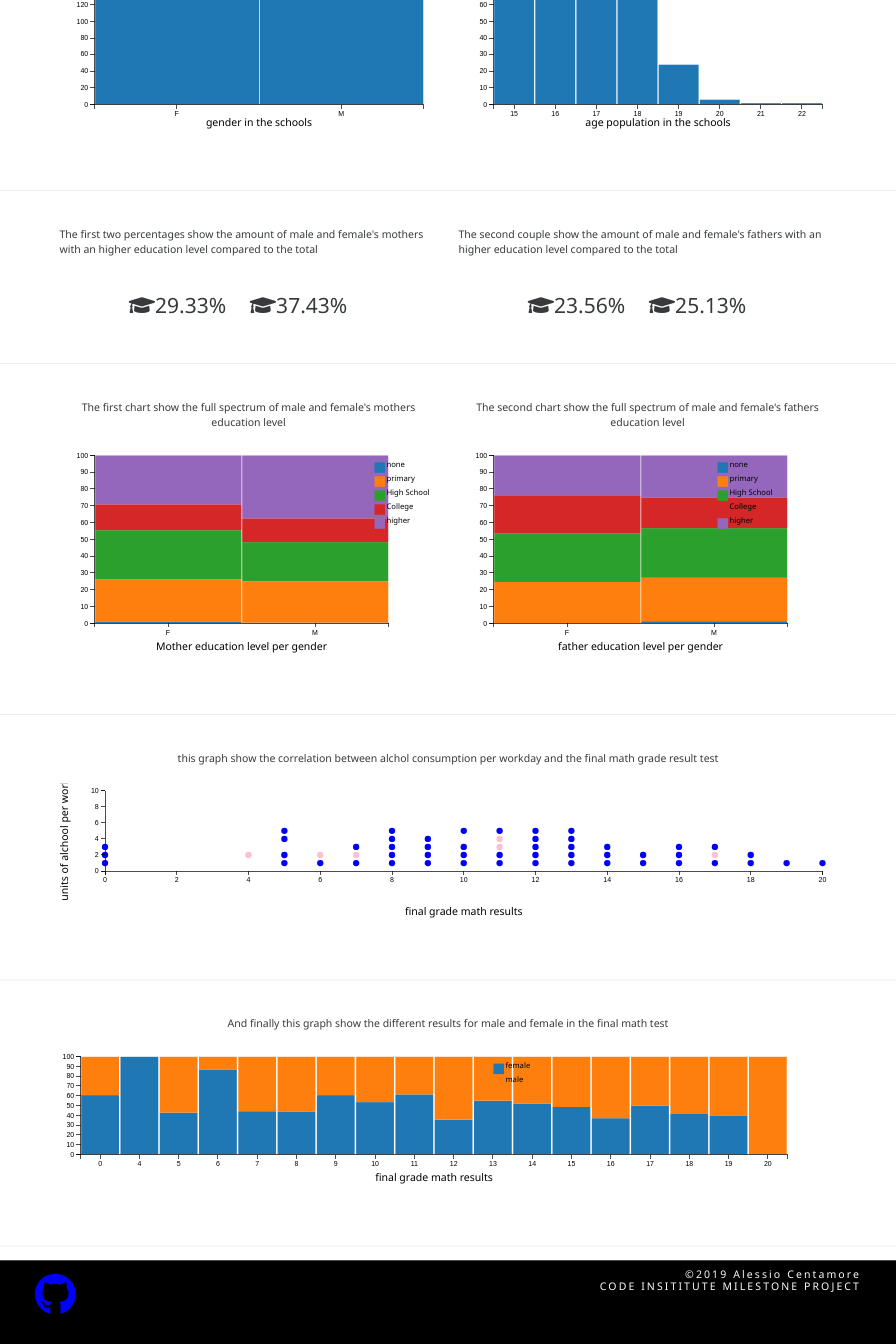
Repository: Baal89/second-milestone-project
Page: index.html
The author's editor kept a record of every edit. The page is drawn from the files as they stood at one moment, then again after the next edit.
The browser window is 1280 px wide. The pictures show the part of the page from y = 699 to 2619 px (the page is 2619 px tall), at 70% of full size.
Some web libraries are served in a nearby version.

Above is the page before.

### index.html
<!DOCTYPE html>
<html lang="en">

<head>
    <meta charset="UTF-8">
    <meta name="viewport" content="width=device-width, initial-scale=1.0">
    <meta http-equiv="X-UA-Compatible" content="ie=edge">
    <title>Student Performance</title>

    <link rel="stylesheet" href="static/css/bootstrap.min.css" type="text/css" />
    <link rel="stylesheet" href="static/css/dc.min.css" type="text/css" />
    <link rel="stylesheet" type="text/css" href="https://cdnjs.cloudflare.com/ajax/libs/font-awesome/5.10.2/css/all.css">
    <link rel="stylesheet" href="static/css/style.css" type="text/css" />

    <script type="text/javascript" src="static/js/d3.min.js"></script>
    <script type="text/javascript" src="static/js/crossfilter.min.js"></script>
    <script type="text/javascript" src="static/js/dc.min.js"></script>
    <script type="text/javascript" src="static/js/queue.min.js"></script>
    <script type="text/javascript" src="static/js/graph.js"></script>

</head>

<body>

    <nav class="navbar navbar-expand-lg navbar-dark bg-dark">
        <a class="navbar-brand" href="#">Student performance</a>
    </nav>

    <main>
        <article class="container">
            <header>
                <h1>How alcohol consumption and parental education level affect student performance</h1>
                <p>This is a report from the Ministry of the Education with the purpose to help school administrators to focus on how the social enviroment of the children can affect their academic performance.</p>
            </header>
            <p>the report is focused on the parental education level of the children and on their alcohol consumption per workday, ponting out that children with poor parental level of education usualy achieve a lower score and the alchol consumption per
                workday is generally high specially in the male component of the schools.<br> With this report the Ministry want to create, with the support of the school administrators, a scheme focused on these critical issues to provide support to
                those children who might need it, helping them to achieve the best possible result in the most safe enviroment.
            </p>
        </article>

        <section class="section">
            <div class="container">

                <div class="row">
                    <div class="col-12 col-md-12 text-center">
                        <h2>Gabriel Pereira or Mousinho da Silveira(schools)</h2>
                    </div>
                </div>
                <div class="row">
                    <div class="col-12 col-md-12 text-center" id="discipline-selector"></div>
                </div>
            </div>
        </section>


        <section class="section">
            <div class="container">

                <div class="row">
                    <div class="col-12 col-lg-6 text-center">
                        <p class="section-paragraph">The first graph show the gender distibution in the schools</p>
                    </div>
                    <div class="col-12 col-lg-6 text-center">
                        <p class="section-paragraph">The second graph show the different age population in the schools</p>
                    </div>
                </div>

                <div class="row">
                    <div class="col-12 col-lg-6 text-center custom-chart" id="sex-distribution"></div>
                    <div class="col-12 col-lg-6 text-center custom-chart" id="age-distribution"></div>
                </div>
            </div>
        </section>


        <section class="section">
            <div class="container">

                <div class="row">
                    <div class="col-12 col-lg-6">
                        <p class="section-paragraph">The first two percentages show the amount of male and female's mothers with an higher education level compared to the total</p>
                    </div>
                    <div class="col-12 col-lg-6">
                        <p class="section-paragraph">The second couple show the amount of male and female's fathers with an higher education level compared to the total</p>
                    </div>
                </div>
                <div class="row">
                    <div class="col-12 col-lg-6 text-center percentage">
                        <i class="fas fa-graduation-cap" aria-hidden="true"></i><span class="number-box" id="percentage-of-female-mother-higher-education"></span>
                        <i class="fas fa-graduation-cap" aria-hidden="true"></i><span class="number-box" id="percentage-of-male-mother-higher-education"></span>
                    </div>
                    <div class="col-12 col-lg-6 text-center percentage">
                        <i class="fas fa-graduation-cap" aria-hidden="true"></i><span class="number-box" id="percentage-of-female-father-higher-education"></span>
                        <i class="fas fa-graduation-cap" aria-hidden="true"></i><span class="number-box" id="percentage-of-male-father-higher-education"></span>
                    </div>
                </div>
            </div>
        </section>



        <section class="section">
            <div class="container">

                <div class="row">
                    <div class="col-12 col-lg-6 text-center">
                        <p class="section-paragraph">The first chart show the full spectrum of male and female's mothers education level</p>
                    </div>
                    <div class="col-12 col-lg-6 text-center">
                        <p class="section-paragraph">The second chart show the full spectrum of male and female's fathers education level</p>
                    </div>
                </div>
                <div class="row">
                    <div class="col-12 col-lg-6 text-center custom-chart" id="mother-education"></div>
                    <div class="col-12 col-lg-6 text-center custom-chart" id="father-education"></div>
                </div>
            </div>
        </section>


        <section class="section">
            <div class="container">

                <div class="row">
                    <div class="col-12 text-center">
                        <p class="section-paragraph">this graph show the correlation between alchol consumption per workday and the final math grade result test</p>
                    </div>
                </div>
                <div class="row">
                    <div class="col-12 text-center custom-chart" id="workday-alcohol-graduation"></div>
                </div>
            </div>
        </section>


        <section class="section">
            <div class="container">

                <div class="row">
                    <div class="col-12 text-center">
                        <p class="section-paragraph">And finally this graph show the different results for male and female in the final math test</p>
                    </div>
                </div>
                <div class="row">
                    <div class="col-12 text-center custom-chart" id="student-performance"></div>
                </div>
            </div>
        </section>

        <footer class="container-fluid">
            <div id="footer-details" class="row">
                <div class="col-12 col-md-6 repository">
                    <a target="_blank" href="https://github.com/Baal89/second-milestone-project"><i class="fab fa-github"></i></a>
                </div>
                <div class="col-12 col-md-6">
                    <h6 class="inline-block text-right">
                        &copy;2019 Alessio Centamore <br/> CODE INSITITUTE MILESTONE PROJECT
                    </h6>
                </div>
            </div>
        </footer>
    </main>
</body>

</html>

### static/css/style.css
.section {
    border-bottom: 1px solid #e6e6e6;
    padding: 40px 0;
}

.number-box,
.fas.fa-graduation-cap {
    font-size: 30px;
}

.number-box {
    margin-right: 30px;
}

.custom-chart {
    margin-bottom: 40px;
}

.percentage {
    padding: 20px;
}

.section-paragraph {
    padding: 10px 0;
}

footer {
    background-color: #000000;
    color: #fafafa;
    min-height: 120px;
    margin: 0;

}

#footer-details {
    margin: 20px;
    letter-spacing: 0.2em;
    padding-top: 10px;
}

#footer-details a i {
    width: 50px;
    height: 50px;
    padding: 35px 0;
    border-radius: 80%;
    font-size: 60px;
    line-height: 7px;
    text-align: center;
    color: blue;
    transition: all, 0.35s ease-in-out;
    -moz-transition: all, 0.35s ease-in-out;
    -webkit-transition: all, 0.35s ease-in-out;
    -o-transition: all, 0.35s ease-in-out;
}

@media screen and (max-width: 648px) {
    .container-graph {
        overflow: hidden;
        overflow-x: scroll;
        border: none;
    }
}

### static/js/graph.js
queue()
    .defer(d3.csv, "data/student-mat.csv")
    .await(makeGraphs);

function makeGraphs(error, performanceData) {
    var ndx = crossfilter(performanceData);

    performanceData.forEach(function(d) {
        d.G3 = parseInt(d.G3);
    });

    show_discipline_selector(ndx);

    show_sex_distribution(ndx);
    show_age_distribution(ndx);
    show_mother_education(ndx);
    show_father_education(ndx);

    show_percent_higher_mother_education(ndx, "F", "#percentage-of-female-mother-higher-education");
    show_percent_higher_mother_education(ndx, "M", "#percentage-of-male-mother-higher-education");
    show_percent_higher_father_education(ndx, "F", "#percentage-of-female-father-higher-education");
    show_percent_higher_father_education(ndx, "M", "#percentage-of-male-father-higher-education");

    show_performance_to_workday_alcohol_cosumption(ndx);

    show_student_performance(ndx);

    dc.renderAll();
}

function show_discipline_selector(ndx) {
    var dim = ndx.dimension(dc.pluck("discipline"));
    var group = dim.group();

    dc.selectMenu("#discipline-selector")
        .dimension(dim)
        .group(group);
}

function show_sex_distribution(ndx) {
    var dim = ndx.dimension(dc.pluck("sex"));
    var group = dim.group();

    dc.barChart("#sex-distribution")
        .height(300)
        .margins({ top: 10, right: 50, bottom: 30, left: 50 })
        .dimension(dim)
        .group(group)
        .transitionDuration(500)
        .x(d3.scale.ordinal())
        .xUnits(dc.units.ordinal)
        .elasticY(true)
        .xAxisLabel("gender in the schools")
        .yAxis().ticks(10);
}

function show_age_distribution(ndx) {
    var dim = ndx.dimension(dc.pluck("age"));
    var group = dim.group();

    dc.barChart("#age-distribution")
        .height(300)
        .margins({ top: 10, right: 50, bottom: 30, left: 50 })
        .dimension(dim)
        .group(group)
        .transitionDuration(500)
        .x(d3.scale.ordinal())
        .xUnits(dc.units.ordinal)
        .elasticY(true)
        .xAxisLabel("age population in the schools")
        .yAxis().ticks(10);
}

function show_mother_education(ndx) {

    function motherEducation(dimension, Medu) {
        return dimension.group().reduce(
            function(p, v) {
                p.total++;
                if (v.Medu == Medu) {
                    p.match++;
                }
                return p;
            },
            function(p, v) {
                p.total--;
                if (v.Medu == Medu) {
                    p.match--;
                }
                return p;
            },
            function() {
                return { total: 0, match: 0 };
            }
        );

    }
    var dim = ndx.dimension(dc.pluck("sex"));
    var noneMotherEducation = motherEducation(dim, "0");
    var firstMotherEducation = motherEducation(dim, "1");
    var secondaryMotherEducation = motherEducation(dim, "2");
    var secondaryGradeMotherEducation = motherEducation(dim, "3");
    var higherMotherEducation = motherEducation(dim, "4");


    dc.barChart("#mother-education")
        .height(300)
        .dimension(dim)
        .group(noneMotherEducation, "none")
        .stack(secondaryGradeMotherEducation, "primary")
        .stack(secondaryMotherEducation, "High School")
        .stack(firstMotherEducation, "College")
        .stack(higherMotherEducation, "higher")
        .valueAccessor(function(d) {
            if (d.value.total > 0) {
                return (d.value.match / d.value.total) * 100;
            }
            else {
                return 0;
            }
        })
        .x(d3.scale.ordinal())
        .xUnits(dc.units.ordinal)
        .xAxisLabel("Mother education level per gender")
        .legend(dc.legend().x(450).y(20).itemHeight(15).gap(5))
        .margins({ top: 10, right: 100, bottom: 50, left: 50 });
}

function show_father_education(ndx) {

    function fatherEducation(dimension, Fedu) {
        return dimension.group().reduce(
            function(p, v) {
                p.total++;
                if (v.Fedu == Fedu) {
                    p.match++;
                }
                return p;
            },
            function(p, v) {
                p.total--;
                if (v.Fedu == Fedu) {
                    p.match--;
                }
                return p;
            },
            function() {
                return { total: 0, match: 0 };
            }
        );

    }
    var dim = ndx.dimension(dc.pluck("sex"));
    var noneFatherEducation = fatherEducation(dim, "0");
    var firstFatherEducation = fatherEducation(dim, "1");
    var secondaryFatherEducation = fatherEducation(dim, "2");
    var secondaryGradeFatherEducation = fatherEducation(dim, "3");
    var higherFatherEducation = fatherEducation(dim, "4");


    dc.barChart("#father-education")
        .dimension(dim)
        .group(noneFatherEducation, "none")
        .stack(secondaryGradeFatherEducation, "primary")
        .stack(secondaryFatherEducation, "High School")
        .stack(firstFatherEducation, "College")
        .stack(higherFatherEducation, "higher")
        .valueAccessor(function(d) {
            if (d.value.total > 0) {
                return (d.value.match / d.value.total) * 100;
            }
            else {
                return 0;
            }
        })
        .x(d3.scale.ordinal())
        .xUnits(dc.units.ordinal)
        .xAxisLabel("father education level per gender")
        .legend(dc.legend().x(370).y(20).itemHeight(15).gap(5))
        .margins({ top: 10, right: 100, bottom: 50, left: 50 });
}

function show_percent_higher_mother_education(ndx, gender, element) {
    var percentageMotherHigherEducation = ndx.groupAll().reduce(
        function(p, v) {
            if (v.sex === gender) {
                p.count++;
                if (v.Medu === "4") {
                    p.are_higher++;
                }
            }
            return p;
        },
        function(p, v) {
            if (v.sex === gender) {
                p.count--;
                if (v.Medu === "4") {
                    p.are_higher--;
                }
            }
            return p;
        },
        function() {
            return { count: 0, are_higher: 0 };
        },
    );
    dc.numberDisplay(element)
        .formatNumber(d3.format(".2%"))
        .valueAccessor(function(d) {
            if (d.count == 0) {
                return 0;
            }
            else {
                return (d.are_higher / d.count);
            }
        })
        .group(percentageMotherHigherEducation);
}

function show_percent_higher_father_education(ndx, gender, element) {
    var percentageFatherHigherEducation = ndx.groupAll().reduce(
        function(p, v) {
            if (v.sex === gender) {
                p.count++;
                if (v.Fedu === "4") {
                    p.are_higher++;
                }
            }
            return p;
        },
        function(p, v) {
            if (v.sex === gender) {
                p.count--;
                if (v.Fedu === "4") {
                    p.are_higher--;
                }
            }
            return p;
        },
        function() {
            return { count: 0, are_higher: 0 };
        },
    );
    dc.numberDisplay(element)
        .formatNumber(d3.format(".2%"))
        .valueAccessor(function(d) {
            if (d.count == 0) {
                return 0;
            }
            else {
                return (d.are_higher / d.count);
            }
        })
        .group(percentageFatherHigherEducation);
}

function show_performance_to_workday_alcohol_cosumption(ndx) {

    var genderColors = d3.scale.ordinal()
        .domain(["Female", "Male"])
        .range(["pink", "blue"]);

    var performanceDim = ndx.dimension(dc.pluck("G3"))
    var consumptionDim = ndx.dimension(function(d) {
        return [d.G3, d.Dalc, d.sex];
    });
    var workDayConsumptionGroup = consumptionDim.group();

    var minPerformance = performanceDim.bottom(1)[0].G3;
    var maxPerformance = performanceDim.top(1)[0].G3;

    dc.scatterPlot("#workday-alcohol-graduation")
        .x(d3.scale.linear().domain([minPerformance, maxPerformance]))
        .y(d3.scale.linear().domain([0, 10]))
        .brushOn(false)
        .symbolSize(8)
        .clipPadding(5)
        .xAxisLabel("")
        .title(function(d) {
            return "Workday Consumption: " + d.key[1] + " units";
        })
        .colors(genderColors)
        .colorAccessor(function(d) {
            return d.key[2];
        })
        .dimension(consumptionDim)
        .group(workDayConsumptionGroup)
        .xAxisLabel("final grade math results")
        .yAxisLabel("units of alchool per workday")
        .margins({ top: 10, right: 50, bottom: 75, left: 65 })
        .yAxis().ticks(5);
}


function show_student_performance(ndx) {

    function schoolPerformance(dimension, sex) {
        return dimension.group().reduce(
            function(p, v) {
                p.total++;
                if (v.sex == sex) {
                    p.match++;
                }
                return p;
            },
            function(p, v) {
                p.total--;
                if (v.sex == sex) {
                    p.match--;
                }
                return p;
            },
            function() {
                return { total: 0, match: 0 };
            }
        );
    }

    var dim = ndx.dimension(dc.pluck("G3"));
    var femalePerformance = schoolPerformance(dim, "F");
    var malePerformance = schoolPerformance(dim, "M");

    dc.barChart("#student-performance")
        .dimension(dim)
        .group(femalePerformance, "female")
        .stack(malePerformance, "male")
        .valueAccessor(function(d) {
            if (d.value.total > 0) {
                return (d.value.match / d.value.total) * 100;
            }
            else {
                return 0;
            }
        })
        .x(d3.scale.ordinal())
        .xUnits(dc.units.ordinal)
        .xAxisLabel("final grade math results")
        .legend(dc.legend().x(620).y(20).itemHeight(15).gap(5))
        .margins({ top: 10, right: 100, bottom: 50, left: 30 });
}


window.addEventListener("resize", myFunction);

function myFunction() {
    dc.renderAll()
}

Loaded but not shown: static/css/bootstrap.min.css (library); static/css/dc.min.css (library); static/js/d3.min.js (library); static/js/crossfilter.min.js (library); static/js/dc.min.js (library); static/js/queue.min.js (common file)

After the next edit:
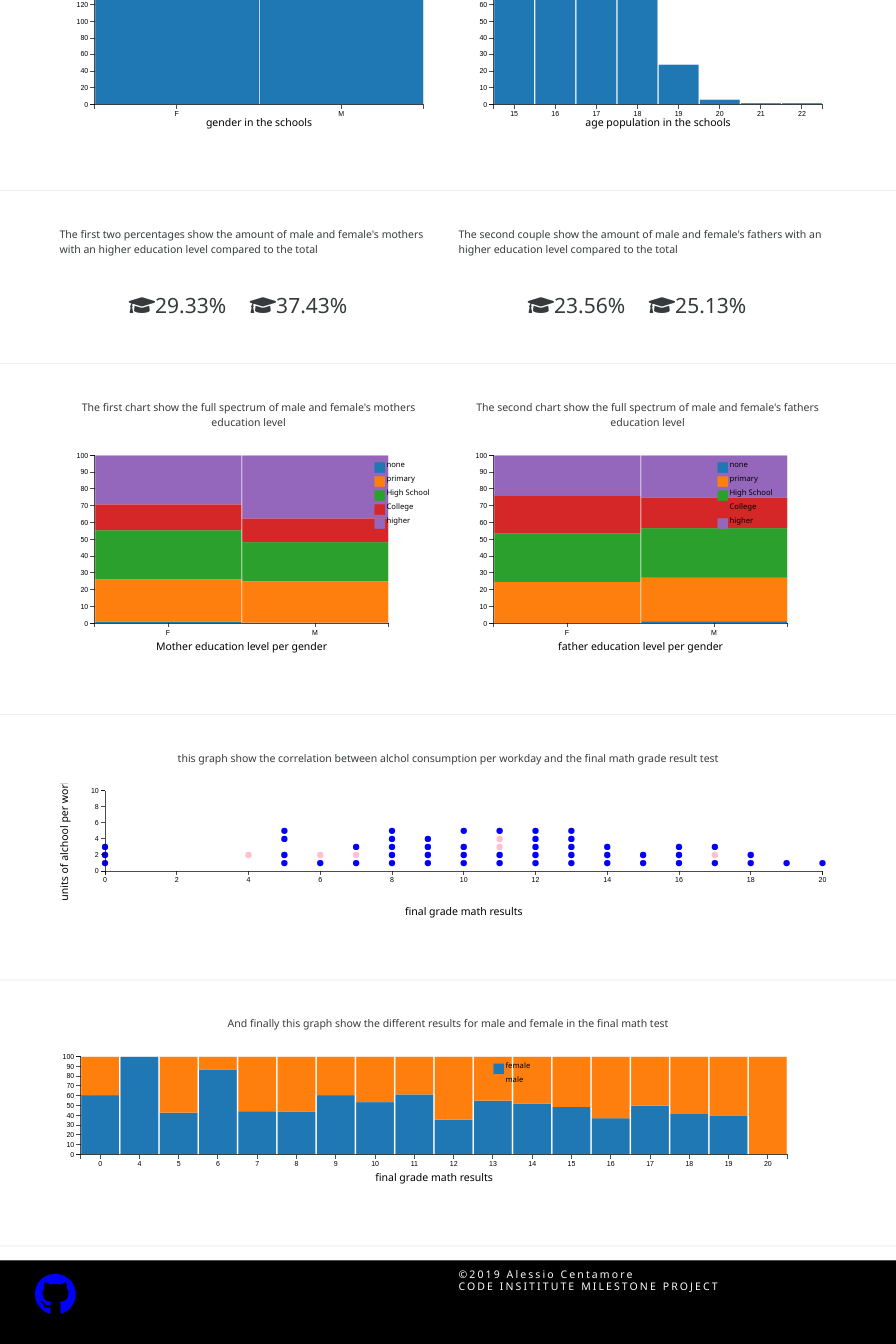
The edit:
--- a/index.html
+++ b/index.html
@@ -152,8 +152,8 @@
                 <div class="col-12 col-md-6 repository">
                     <a target="_blank" href="https://github.com/Baal89/second-milestone-project"><i class="fab fa-github"></i></a>
                 </div>
-                <div class="col-12 col-md-6">
-                    <h6 class="inline-block text-right">
+                <div class="col-12 col-md-6 project">
+                    <h6 class="inline-block">
                         &copy;2019 Alessio Centamore <br/> CODE INSITITUTE MILESTONE PROJECT
                     </h6>
                 </div>
